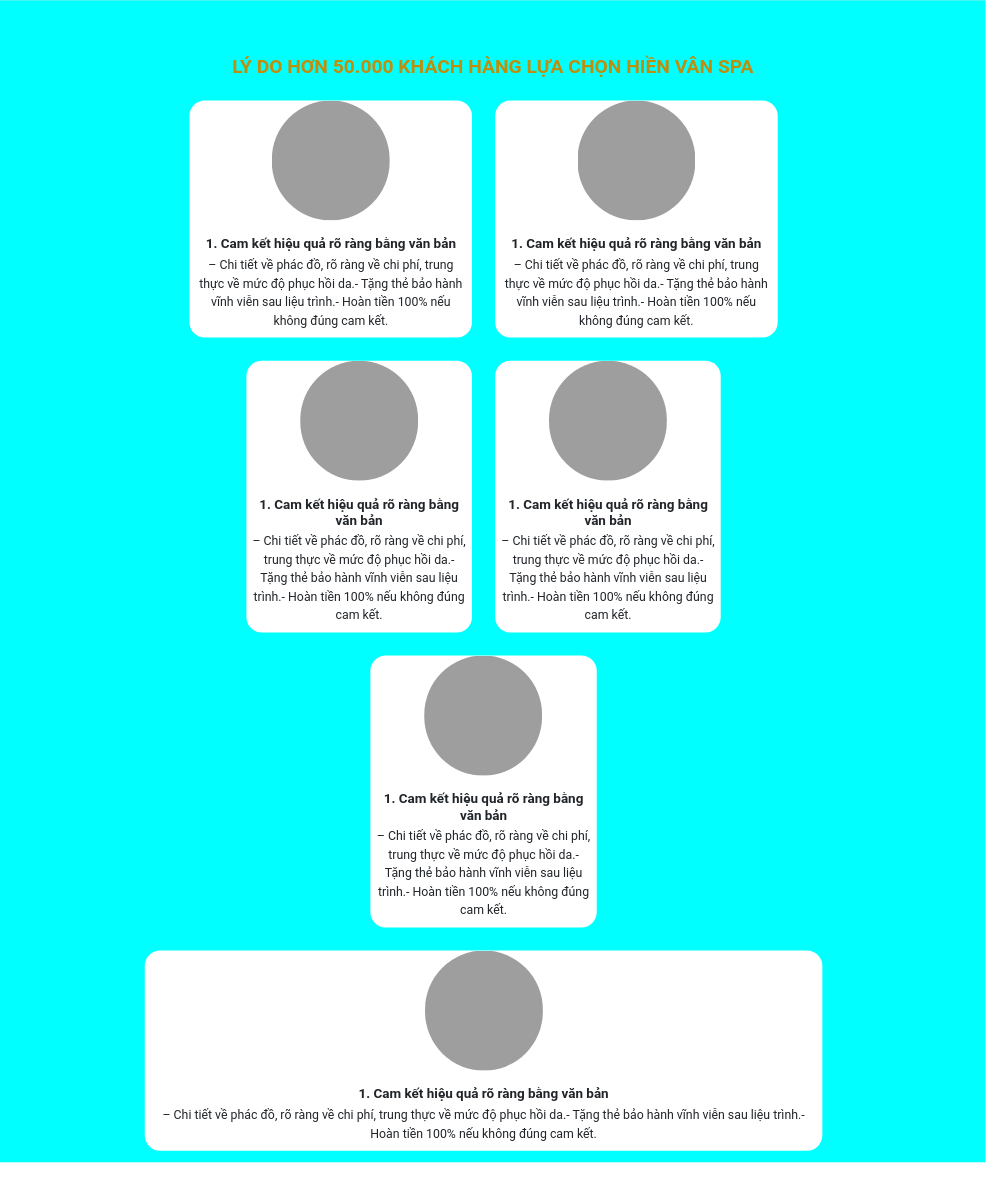
Repository: tranduykhuong/SpaKimBong
Page: /about
These files come from the project's save history. The page is drawn as it stood at one moment and after the next save; the edit follows.
The browser window is 1280 px wide. The page is 1302 px wide, so the pictures cover 1302 px, including what lies to the right of the window. The pictures show the part of the page from y = 2229 to 3768 px (the page is 4737 px tall before and 4817 px after), at 77% of full size.
Pictures or frames that could not be fetched are drawn as grey boxes. The project was rebuilt for these pictures with package versions that can differ from the ones it lists, and the page was loaded fresh each time. Also part of the build but not shown: src/components/Header/Slider/slider.scss, src/components/Header/Slider/Slider.js, src/components/Header/ListImage/listImage.scss, src/components/Header/ListImage/ListImage.js, src/pages/Home/home.scss, src/pages/Home/ListImage/listImage.scss, src/pages/Home/ListImage/ListImage.js, src/pages/Home/BookOnline/bookOnl.scss and 6 more.

Above is the page before, as saved 2022-06-03 23:37:48.

### src/components/Header/header.scss
$height-navbar: 5rem;

.header {
    .mg-navbar {
        margin-bottom: $height-navbar;
    }

    .infor {
        max-width: 1200px;
        padding: .6rem 0;
        display: flex;
        justify-content: space-between;

        .logo {
            display: flex;
            flex: 1;

            img {
                height: 10rem;
            }

            .nameSpa {
                color: #eb288c;
                margin: auto 0;

                h4 {
                    font-size: 1.8rem;
                    font-weight: 500;
                }

                h2 {
                    font-size: 2.4rem;
                }
            }
        }


        .search {
            margin: auto 0;
            border-radius: 50px;
            border: solid .1rem #eb288c;
            height: 37px;
            display: flex;

            input {
                font-size: 1.4rem;
                margin: auto 16px;
                min-width: 26rem;
                border: none;
                outline: none;
            }

            .icon {
                margin: auto 10px;
                cursor: pointer;
            }

            .iconSearch {
                width: 1.8rem;
                height: 1.8rem;
                color: #eb288c;

                &:hover {
                    color: #f867b2;
                }
            }
        }

        .contact {
            display: flex;
            margin-left: 20px;

            .icon {
                margin: auto 0;
                margin-left: 10px;

            }

            .iconFacebook {
                width: 2.8rem;
                height: 2.8rem;
                color: rgba($color: #0570e6, $alpha: 1.0);
            }

            .iconZalo {
                width: 2.8rem;
                height: 2.8rem;
                border-radius: 50%;
            }

            .phone {
                margin: auto 0;
                margin-left: 20px;
                display: flex;

                .iconPhone {
                    width: 2.6rem;
                    height: 2.6rem;
                }

                h3 {
                    font-size: 1.4rem;
                    font-weight: 500;
                    margin: auto 4px;
                }
            }

        }
    }

    .fixedNavbar {
        position: fixed;
        top: 0;
        left: 0;
        z-index: 50;
        width: 100%;
        animation: fixedNavbar 1s forwards;
    }

    @keyframes fixedNavbar {
        from {
            top: -5rem;
            opacity: 0;
        }

        to {
            top: 0;
            opacity: 1;
        }
    }

    .myNavbar {
        height: $height-navbar;
        background-color: #eb288c;

        .navbarContent {
            max-width: 1200px;
            margin: 0 auto;

            .navbarList {
                display: flex;
                margin: 0 1rem;
                // justify-content: space-evenly;

                li {
                    list-style: none;

                    a {
                        line-height: $height-navbar;
                        height: $height-navbar;
                        display: block;
                        color: #fff;
                        font-size: 1.6rem;
                        font-weight: 600;
                        text-decoration: none;
                        padding: 0 2rem;
                    }

                    &:hover {
                        background-color: #f844a1;
                        cursor: pointer;
                    }
                }

                .active {
                    background-color: #dd0876;
                }
            }
        }
    }
}

### src/pages/About/About.scss
.container1 {
  .container-image {
    width: 100%;
    height: 400px;
    // padding: 5rem;
    // display: flex;
    align-items: center;
    justify-content: center;
    background-image: url("https://i.pinimg.com/originals/2c/84/5a/2c845a66b8ad2a8aafd288bdc16cd459.jpg");
  }
  .container-background-content {
    background-image: url("https://i.pinimg.com/originals/2c/84/5a/2c845a66b8ad2a8aafd288bdc16cd459.jpg");

    .container-content {
      display: flex;
      width: 100%;
      background-color: rgba(255, 255, 255, 0.85);

      .content-left {
        width: 60%;
        padding: 0 35px 30px;
        margin-left: 100px;
        text-align: left;

        .title {
          margin: 30px 0;
          h1 {
            font-size: 3rem;
            font-weight: bolder;
            line-height: 1.6;
          }
        }

        .box {
          .box-content-img {
            background-color: #eb288c;
            border-radius: 37px;
            margin-bottom: 30px;
            .image {
              padding: 20px 20px 0 20px;

              img {
                width: 100%;
                height: 200px;
              }
            }

            .content {
              padding: 0 20px 30px 20px;

              p {
                font: 16px Roboto, sans-serif;
                text-align: justify;
                line-height: 1.6;
                color: white;
                font-weight: 500;
              }
            }
          }

          .box-content {
            background-color: #eb288c;
            border-radius: 37px;
            margin-bottom: 30px;

            .content {
              padding: 20px 20px 30px 20px;

              p {
                font: 16px Roboto, sans-serif;
                text-align: justify;
                line-height: 1.6;
                color: white;
                font-weight: 500;
              }
            }
          }
        }
      }

      .image-right {
        width: 40%;
        .image-box {
          padding: 400px 0px 0px;
          img {
            padding: 0 100px 30px 30px;
          }
        }
      }
    }
  }
  .container-background-founder {
    background-image: url("https://i.pinimg.com/originals/2c/84/5a/2c845a66b8ad2a8aafd288bdc16cd459.jpg");

    .box-founder {
      display: flex;
      width: 100%;

      .founder-left {
        width: 55%;
      }

      .info-founder {
        width: 45%;
        text-align: left;
        .text-info {
          padding: 0 30px 30px;
          margin: 30px 0 30px;

          h2 {
            text-transform: uppercase;
            font-family: Roboto, sans-serif;
            font-size: 40px;
            letter-spacing: 0.05em;
            margin: 0 0 13px;
            color: #be8c28;
          }
          h3 {
            font-family: Roboto, sans-serif;
            font-size: 30px;
            font-weight: bold;
            letter-spacing: 0.05em;
            margin: 0 0 10px;
            color: white;
          }
          p {
            font-family: Roboto, sans-serif;
            font-size: 16px;
            margin: 0 0 21px;
            color: white;
            line-height: 1.6;
            padding-right: 120px;
          }
        }
      }
    }
  }

  .container-bg-future-orientation {
    background-image: url("https://i.pinimg.com/originals/2c/84/5a/2c845a66b8ad2a8aafd288bdc16cd459.jpg");

    .container-future-orientation {
      display: flex;
      width: 100%;
      margin-top: 30px;

      .future-orientation-left {
        width: 41.6666666667%;
      }

      .future-orientation-right {
        width: 59.3333333333%;
        padding: 30px 30px 30px;
        text-align: left;

        .content {
          p {
            font: 16px Roboto, sans-serif;
            text-align: justify;
            line-height: 1.6;
            font-weight: 500;
          }
        }

        .box-3-image {
          display: flex;
          width: 100%;
          justify-content: space-between;

          .box-image {
            box-shadow: 0 0 10px midnightblue;
          }

          .box-image:hover {
            box-shadow: none;
          }
        }
      }
    }
  }
  .container-bg-reason {
    background-color: aqua;
    padding-top: 70px;

    .reason-title {
      h2 {
        margin: 0 0 12px;
        color: #be8e0c;
        font-family: "Roboto", sans-serif;
        font-size: 25px;
        font-weight: bold;
        line-height: 1.3;
      }
    }
    .box-reason {
      display: flex;
      padding: 0 200px;
      justify-content: center;

      .reason {
        background-color: white;
        border-radius: 20px;
        margin: 15px;

        .reason-image {
          margin-bottom: 20px;
          img {
            border-radius: 999px !important;
            object-fit: cover;
          }
        }
        .reason-content {
          h3 {
            font-family: "Roboto", sans-serif;
            font-weight: bold;
          }
          p {
            font-family: "Roboto", sans-serif;
            font-size: 16px;
          }
        }
      }
    }
  }
}

### src/library/grid.css
.grid {
    width: 100%;
    display: block;
    padding: 0;
}

.grid.wide {
    max-width: 1200px;
    margin: 0 auto;
}

.row {
    display: flex;
    flex-wrap: wrap;
    margin-left: -4px;
    margin-right: -4px;
}

.row.no-gutters {
    margin-left: 0;
    margin-right: 0;
}

.col {
    padding-left: 4px;
    padding-right: 4px;
}

.row.no-gutters .col {
    padding-left: 0;
    padding-right: 0;
}

.c-0 {
    display: none;
}

.c-1 {
    flex: 0 0 8.33333%;
    max-width: 8.33333%;
}

.c-2 {
    flex: 0 0 16.66667%;
    max-width: 16.66667%;
}

.c-3 {
    flex: 0 0 25%;
    max-width: 25%;
}

.c-4 {
    flex: 0 0 33.33333%;
    max-width: 33.33333%;
}

.c-5 {
    flex: 0 0 41.66667%;
    max-width: 41.66667%;
}

.c-6 {
    flex: 0 0 50%;
    max-width: 50%;
}

.c-7 {
    flex: 0 0 58.33333%;
    max-width: 58.33333%;
}

.c-8 {
    flex: 0 0 66.66667%;
    max-width: 66.66667%;
}

.c-9 {
    flex: 0 0 75%;
    max-width: 75%;
}

.c-10 {
    flex: 0 0 83.33333%;
    max-width: 83.33333%;
}

.c-11 {
    flex: 0 0 91.66667%;
    max-width: 91.66667%;
}

.c-12 {
    flex: 0 0 100%;
    max-width: 100%;
}

.c-o-1 {
    margin-left: 8.33333%;
}

.c-o-2 {
    margin-left: 16.66667%;
}

.c-o-3 {
    margin-left: 25%;
}

.c-o-4 {
    margin-left: 33.33333%;
}

.c-o-5 {
    margin-left: 41.66667%;
}

.c-o-6 {
    margin-left: 50%;
}

.c-o-7 {
    margin-left: 58.33333%;
}

.c-o-8 {
    margin-left: 66.66667%;
}

.c-o-9 {
    margin-left: 75%;
}

.c-o-10 {
    margin-left: 83.33333%;
}

.c-o-11 {
    margin-left: 91.66667%;
}

/* Mobile */
@media (max-width: 739px) {
    .row {
        margin-left: -4px;
        margin-right: -4px;
    }

    .col {
        padding-left: 4px;
        padding-right: 4px;
    }

    .m-0 {
        display: none;
    }

    .m-1,
    .m-2,
    .m-3,
    .m-4,
    .m-5,
    .m-6,
    .m-7,
    .m-8,
    .m-9,
    .m-10,
    .m-11,
    .m-12 {
        display: block;
    }

    .m-1 {
        flex: 0 0 8.33333%;
        max-width: 8.33333%;
    }

    .m-2 {
        flex: 0 0 16.66667%;
        max-width: 16.66667%;
    }

    .m-3 {
        flex: 0 0 25%;
        max-width: 25%;
    }

    .m-4 {
        flex: 0 0 33.33333%;
        max-width: 33.33333%;
    }

    .m-5 {
        flex: 0 0 41.66667%;
        max-width: 41.66667%;
    }

    .m-6 {
        flex: 0 0 50%;
        max-width: 50%;
    }

    .m-7 {
        flex: 0 0 58.33333%;
        max-width: 58.33333%;
    }

    .m-8 {
        flex: 0 0 66.66667%;
        max-width: 66.66667%;
    }

    .m-9 {
        flex: 0 0 75%;
        max-width: 75%;
    }

    .m-10 {
        flex: 0 0 83.33333%;
        max-width: 83.33333%;
    }

    .m-11 {
        flex: 0 0 91.66667%;
        max-width: 91.66667%;
    }

    .m-12 {
        flex: 0 0 100%;
        max-width: 100%;
    }

    .m-o-1 {
        margin-left: 8.33333%;
    }

    .m-o-2 {
        margin-left: 16.66667%;
    }

    .m-o-3 {
        margin-left: 25%;
    }

    .m-o-4 {
        margin-left: 33.33333%;
    }

    .m-o-5 {
        margin-left: 41.66667%;
    }

    .m-o-6 {
        margin-left: 50%;
    }

    .m-o-7 {
        margin-left: 58.33333%;
    }

    .m-o-8 {
        margin-left: 66.66667%;
    }

    .m-o-9 {
        margin-left: 75%;
    }

    .m-o-10 {
        margin-left: 83.33333%;
    }

    .m-o-11 {
        margin-left: 91.66667%;
    }
}

/* >= Tablet */
@media (min-width: 740px) {
    .row {
        margin-left: -8px;
        margin-right: -8px;
    }

    .col {
        padding-left: 8px;
        padding-right: 8px;
    }

    .t-0 {
        display: none;
    }

    .t-1,
    .t-2,
    .t-3,
    .t-4,
    .t-5,
    .t-6,
    .t-7,
    .t-8,
    .t-9,
    .t-10,
    .t-11,
    .t-12 {
        display: block;
    }

    .t-1 {
        flex: 0 0 8.33333%;
        max-width: 8.33333%;
    }

    .t-2 {
        flex: 0 0 16.66667%;
        max-width: 16.66667%;
    }

    .t-3 {
        flex: 0 0 25%;
        max-width: 25%;
    }

    .t-4 {
        flex: 0 0 33.33333%;
        max-width: 33.33333%;
    }

    .t-5 {
        flex: 0 0 41.66667%;
        max-width: 41.66667%;
    }

    .t-6 {
        flex: 0 0 50%;
        max-width: 50%;
    }

    .t-7 {
        flex: 0 0 58.33333%;
        max-width: 58.33333%;
    }

    .t-8 {
        flex: 0 0 66.66667%;
        max-width: 66.66667%;
    }

    .t-9 {
        flex: 0 0 75%;
        max-width: 75%;
    }

    .t-10 {
        flex: 0 0 83.33333%;
        max-width: 83.33333%;
    }

    .t-11 {
        flex: 0 0 91.66667%;
        max-width: 91.66667%;
    }

    .t-12 {
        flex: 0 0 100%;
        max-width: 100%;
    }

    .t-o-1 {
        margin-left: 8.33333%;
    }

    .t-o-2 {
        margin-left: 16.66667%;
    }

    .t-o-3 {
        margin-left: 25%;
    }

    .t-o-4 {
        margin-left: 33.33333%;
    }

    .t-o-5 {
        margin-left: 41.66667%;
    }

    .t-o-6 {
        margin-left: 50%;
    }

    .t-o-7 {
        margin-left: 58.33333%;
    }

    .t-o-8 {
        margin-left: 66.66667%;
    }

    .t-o-9 {
        margin-left: 75%;
    }

    .t-o-10 {
        margin-left: 83.33333%;
    }

    .t-o-11 {
        margin-left: 91.66667%;
    }
}

/* PC medium resolution > */
@media (min-width: 1113px) {
    .row {
        margin-left: -12px;
        margin-right: -12px;
    }

    .row.sm-gutter {
        margin-left: -5px;
        margin-right: -5px;
    }

    .col {
        padding-left: 12px;
        padding-right: 12px;
    }

    .row.sm-gutter .col {
        padding-left: 5px;
        padding-right: 5px;
    }

    .l-0 {
        display: none;
    }

    .l-1,
    .l-2,
    .l-2-4,
    .l-3,
    .l-4,
    .l-5,
    .l-6,
    .l-7,
    .l-8,
    .l-9,
    .l-10,
    .l-11,
    .l-12 {
        display: block;
    }

    .l-1 {
        flex: 0 0 8.33333%;
        max-width: 8.33333%;
    }

    .l-2 {
        flex: 0 0 16.66667%;
        max-width: 16.66667%;
    }

    .l-2-4 {
        flex: 0 0 20%;
        max-width: 20%;
    }

    .l-3 {
        flex: 0 0 25%;
        max-width: 25%;
    }

    .l-4 {
        flex: 0 0 33.33333%;
        max-width: 33.33333%;
    }

    .l-5 {
        flex: 0 0 41.66667%;
        max-width: 41.66667%;
    }

    .l-6 {
        flex: 0 0 50%;
        max-width: 50%;
    }

    .l-7 {
        flex: 0 0 58.33333%;
        max-width: 58.33333%;
    }

    .l-8 {
        flex: 0 0 66.66667%;
        max-width: 66.66667%;
    }

    .l-9 {
        flex: 0 0 75%;
        max-width: 75%;
    }

    .l-10 {
        flex: 0 0 83.33333%;
        max-width: 83.33333%;
    }

    .l-11 {
        flex: 0 0 91.66667%;
        max-width: 91.66667%;
    }

    .l-12 {
        flex: 0 0 100%;
        max-width: 100%;
    }

    .l-o-1 {
        margin-left: 8.33333%;
    }

    .l-o-2 {
        margin-left: 16.66667%;
    }

    .l-o-3 {
        margin-left: 25%;
    }

    .l-o-4 {
        margin-left: 33.33333%;
    }

    .l-o-5 {
        margin-left: 41.66667%;
    }

    .l-o-6 {
        margin-left: 50%;
    }

    .l-o-7 {
        margin-left: 58.33333%;
    }

    .l-o-8 {
        margin-left: 66.66667%;
    }

    .l-o-9 {
        margin-left: 75%;
    }

    .l-o-10 {
        margin-left: 83.33333%;
    }

    .l-o-11 {
        margin-left: 91.66667%;
    }
}

/* Tablet - PC low resolution */
@media (min-width: 740px) and (max-width: 1023px) {
    .wide {
        width: 644px;
    }
}

/* > PC low resolution */
@media (min-width: 1024px) and (max-width: 1239px) {
    .wide {
        width: 984px;
    }

    .wide .row {
        margin-left: -12px;
        margin-right: -12px;
    }

    .wide .row.sm-gutter {
        margin-left: -5px;
        margin-right: -5px;
    }

    .wide .col {
        padding-left: 12px;
        padding-right: 12px;
    }

    .wide .row.sm-gutter .col {
        padding-left: 5px;
        padding-right: 5px;
    }

    .wide .l-0 {
        display: none;
    }

    .wide .l-1,
    .wide .l-2,
    .wide .l-2-4,
    .wide .l-3,
    .wide .l-4,
    .wide .l-5,
    .wide .l-6,
    .wide .l-7,
    .wide .l-8,
    .wide .l-9,
    .wide .l-10,
    .wide .l-11,
    .wide .l-12 {
        display: block;
    }

    .wide .l-1 {
        flex: 0 0 8.33333%;
        max-width: 8.33333%;
    }

    .wide .l-2 {
        flex: 0 0 16.66667%;
        max-width: 16.66667%;
    }

    .wide .l-2-4 {
        flex: 0 0 20%;
        max-width: 20%;
    }

    .wide .l-3 {
        flex: 0 0 25%;
        max-width: 25%;
    }

    .wide .l-4 {
        flex: 0 0 33.33333%;
        max-width: 33.33333%;
    }

    .wide .l-5 {
        flex: 0 0 41.66667%;
        max-width: 41.66667%;
    }

    .wide .l-6 {
        flex: 0 0 50%;
        max-width: 50%;
    }

    .wide .l-7 {
        flex: 0 0 58.33333%;
        max-width: 58.33333%;
    }

    .wide .l-8 {
        flex: 0 0 66.66667%;
        max-width: 66.66667%;
    }

    .wide .l-9 {
        flex: 0 0 75%;
        max-width: 75%;
    }

    .wide .l-10 {
        flex: 0 0 83.33333%;
        max-width: 83.33333%;
    }

    .wide .l-11 {
        flex: 0 0 91.66667%;
        max-width: 91.66667%;
    }

    .wide .l-12 {
        flex: 0 0 100%;
        max-width: 100%;
    }

    .wide .l-o-1 {
        margin-left: 8.33333%;
    }

    .wide .l-o-2 {
        margin-left: 16.66667%;
    }

    .wide .l-o-3 {
        margin-left: 25%;
    }

    .wide .l-o-4 {
        margin-left: 33.33333%;
    }

    .wide .l-o-5 {
        margin-left: 41.66667%;
    }

    .wide .l-o-6 {
        margin-left: 50%;
    }

    .wide .l-o-7 {
        margin-left: 58.33333%;
    }

    .wide .l-o-8 {
        margin-left: 66.66667%;
    }

    .wide .l-o-9 {
        margin-left: 75%;
    }

    .wide .l-o-10 {
        margin-left: 83.33333%;
    }

    .wide .l-o-11 {
        margin-left: 91.66667%;
    }
}

### src/components/Footer/footer.scss
$title-color: #fff;

.footer {
    background-image: url(../../../public/img/sparkle1.png), url(../../../public/img/sparkle2.png);
    width: 100%;
    height: 400px;
    background-color: #eb288c;
    animation: sparkle 60s linear infinite;
    padding: 14rem 3rem 0;
    display: flex;
    justify-content: space-around;
    position: relative;
    margin-top: 16rem;

    .logo {
        flex: 1;

        .info {
            display: flex;

            img {
                height: 10rem;
            }

            .nameSpa {
                color: $title-color;
                margin: 1rem;

                h4 {
                    font-size: 1.8rem;
                    font-weight: 500;
                }

                h2 {
                    font-size: 2.4rem;
                }
            }
        }

        h5 {
            margin: 2rem .6rem;
            font-size: 1.8rem;
            font-weight: 400;
            color: #ddd;
        }
    }

    .contact {
        flex: 1;

        h3 {
            margin-bottom: 1.8rem;
            color: $title-color;
        }

        .icon {
            margin: auto 0;
            margin-left: 10px;

        }

        .iconFacebook {
            width: 3.6rem;
            height: 3.6rem;
            color: rgba($color: #0570e6, $alpha: 1.0);
            background-color: $title-color;
            border-radius: 50%;
        }

        .iconZalo {
            width: 3.7rem;
            height: 3.7rem;
            border-radius: 50%;
        }
    }

    .address {
        color: #ddd;
        flex: 1;

        h3 {
            // margin-bottom: 2rem;
            color: $title-color;
        }

        h4 {
            margin-bottom: 2rem;
        }

        .hotline {
            padding: .6rem;
            font-size: 1.8rem;
            margin: .8rem 1rem 2rem;
            border: 1px solid $title-color;
            border-radius: 2rem;

            &:hover {
                color: $title-color;
                cursor: pointer;
            }
        }
    }

    @keyframes sparkle {
        0% {
            background-position: 0px 0px, 0px 0px, 0px 0px;
        }

        100% {
            background-position: -500px -1000px, -400px -400px, 300px 300px;
        }
    }

    .subFooter {
        width: 100%;
        max-width: 90rem;
        min-height: 20rem;
        box-shadow: 0 3px 6px -4px rgba(0, 0, 0, 0.2), 0 3px 6px rgba(0, 0, 0, 0.3);

        background-color: #fff;
        border-radius: 1rem;
        z-index: 50;
        top: -10rem;
        left: 50%;
        transform: translateX(-50%);
        position: absolute;
        display: flex;
        padding: 3rem;
        justify-content: space-around;

        .report,
        .feedback {
            display: flex;
            flex: 1;
            justify-content: center;

            h3 {
                text-transform: uppercase;
                font-size: 2.4rem;
                color: #eb288c;
            }

            p {
                font-size: 1.6rem;
                padding: 1rem;
            }

            .icon {
                height: 10rem;
                width: 10rem;
                margin-right: 2rem;
            }

            .btn {
                padding: 0.8rem 1.2rem;
                background-color: #eb288c;
                border-radius: 2rem;
                font-size: 1.6rem;
                color: #fff;

                &:hover {
                    background-color: #cc1574;
                }
            }
        }

        .report {
            border-right: 1px solid #ddd;
        }

        .feedback {
            margin-left: 1rem;
        }
    }
}

Loaded but not shown: public/index.html (common file); src/index.js (common file); src/index.css (common file); src/reportWebVitals.js (common file); src/App.css (common file); src/pages/About/About.js (278 lines, source omitted); src/components/Header/Header.js (91 lines, source omitted); src/components/Footer/Footer.js (68 lines, source omitted); src/App.js (20 lines, source omitted)

After the next save:
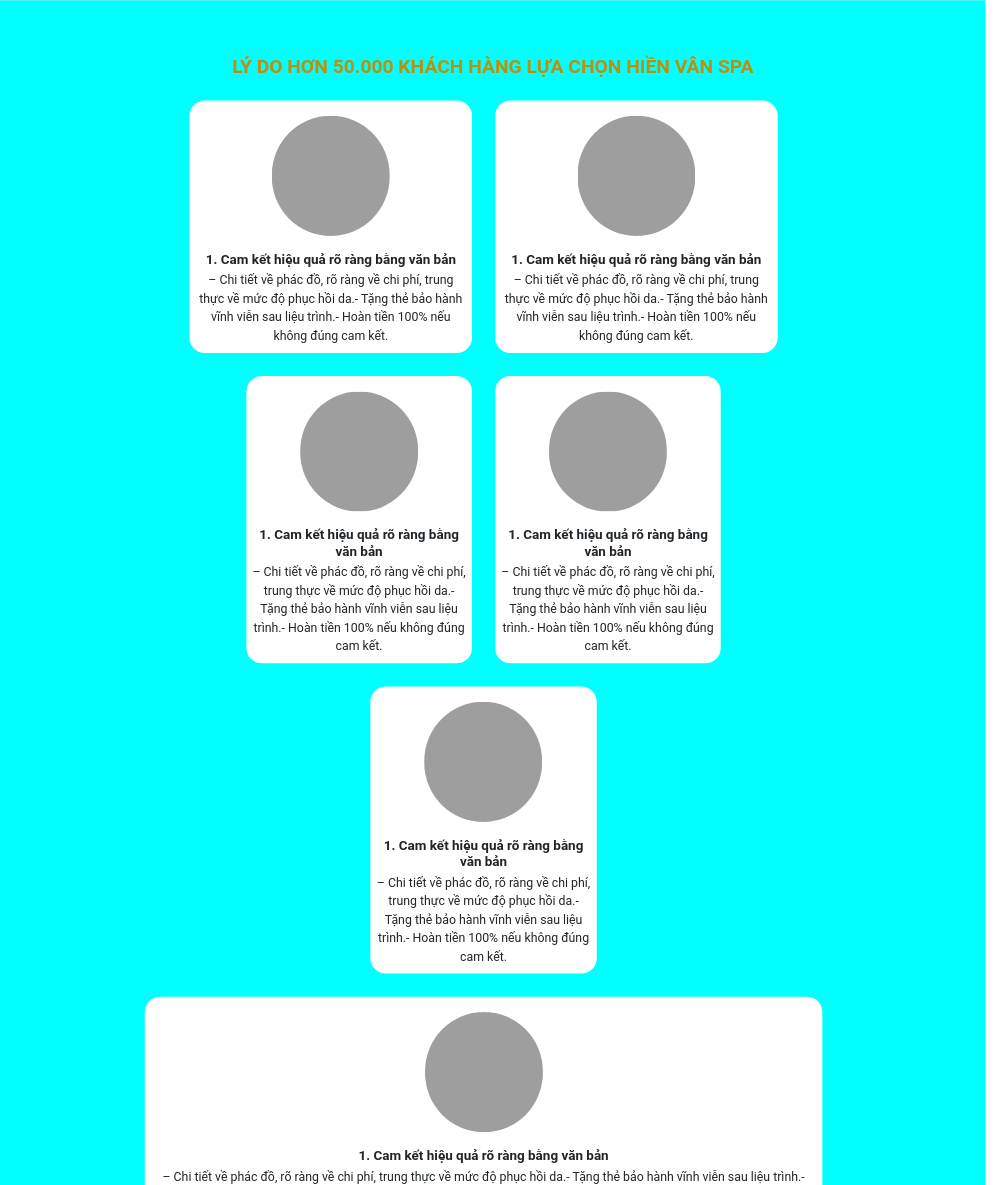
Saved 18 s later.
--- a/src/pages/About/About.scss
+++ b/src/pages/About/About.scss
@@ -203,7 +203,7 @@
         margin: 15px;
 
         .reason-image {
-          margin-bottom: 20px;
+          margin: 20px 0;
           img {
             border-radius: 999px !important;
             object-fit: cover;
